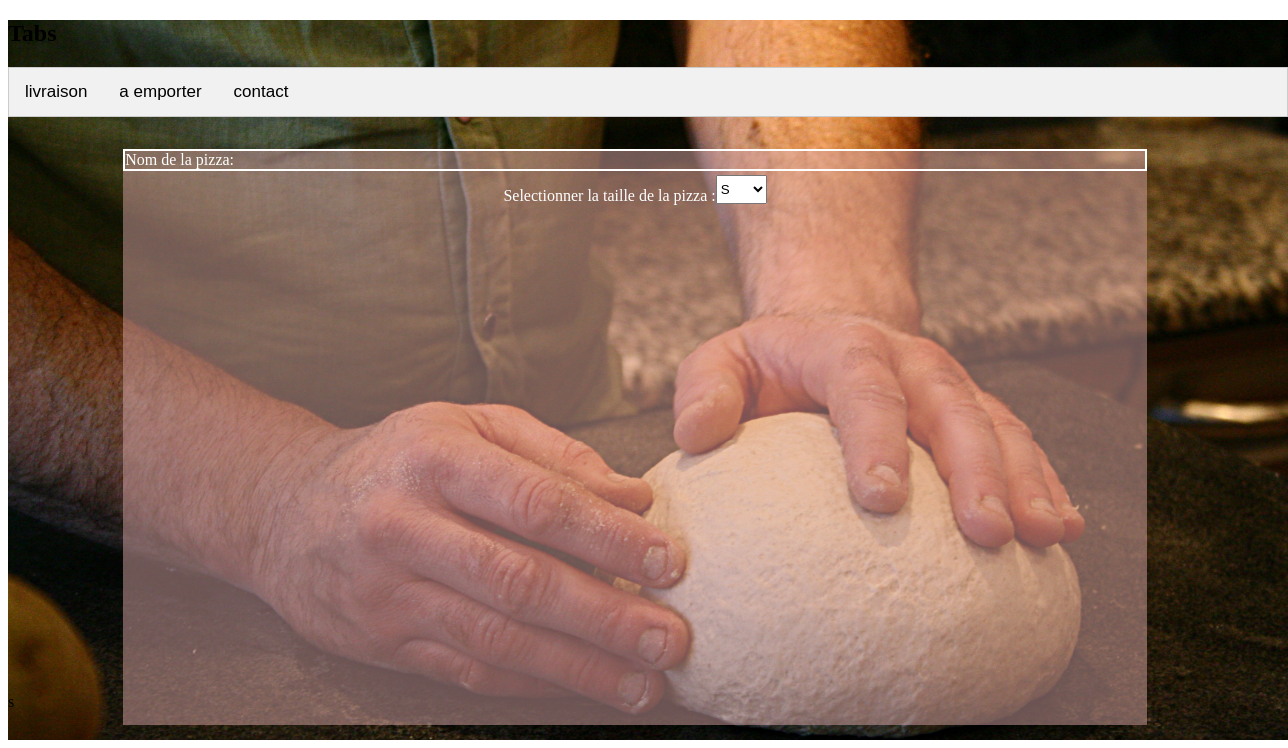
Repository: dev84-unalien/pippo_pizza
Page: admin.html
These files come from the project's save history. The page is drawn as it stood at one moment and after the next save; the edit follows.
The browser window is 1280 px wide. The page is 1288 px wide, so the pictures cover 1288 px, including what lies to the right of the window. The pictures show the whole page.

Above is the page before, as saved 2019-09-10 11:32:59.

### admin.html
<!DOCTYPE html>
<html lang="en">

<head>
    <meta charset="UTF-8">
    <meta name="viewport" content="width=device-width, initial-scale=1.0">
    <meta http-equiv="X-UA-Compatible" content="ie=edge">
    <title>pizzaria pippo</title>
    <link rel="stylesheet" href="admin.css">
    <script src="jquery-3.4.1.min.js"></script>
    <script src="admin.js"></script>

</head>

<body>
    <div id=unos>
        <div id=commande>

            <h2>Tabs</h2>


            <div class="tab">
                <button class="tablinks" onclick="openCity(event, 'livraison')">livraison</button>
                <button class="tablinks" onclick="openCity(event, 'emporter')">a emporter</button>
                <button class="tablinks" onclick="openCity(event, 'contact')">contact</button>
            </div>

            <div id="livraison" class="tabcontent">
                <h3>livraison</h3>
            </div>

            <div id="emporter" class="tabcontent">
                <h3>emporter</h3>

            </div>

            <div id="contact" class="tabcontent">
            </div>
            </form>

         <div id="body">
            <div id="Gcadre">
                <div id="Nom">Nom de la pizza:</div>
                  <div id="Taille">
                  <p>Selectionner la taille de la pizza :</p>
                   <select >
                         <option value="S">S</option>
                         <option value="M">M</option>
                         <option value=">L">L</option>
                         <option value="XL">XL</option>
                         <option value="XXL">XXL</option>
                     </select>
            </div>
            <div id="Description"></div>
            <div id="Prix"></div>

            <div id="Image"></div>
        </div>
    </div>
</body>

</html>s

### admin.css
#unos {
  height: 100vh;
  width: 100vw;
  background-image: url("images/ajoutpizza.jpg");
  justify-content: cover;
  background-size: 100vw;
}
#body{
    width: 100vw;
    height: 80vh;
    display: flex;
  flex-direction: column;
  justify-content: center;
  align-content: center;
}
#Gcadre {
  display: flex;
  flex-direction: column;
  justify-content: center;
  align-content: center;
  width: 80vw;
  height: 80vh;
  background-color: rgba(216, 166, 166, 0.5);
  margin-left: 9vw;
  margin-top:9vh;
}
#Nom {
  color: white;
  border:solid 2px;
}

#Taille {
  display: flex;
  justify-content: center;
  align-content: center;
  width: 80vw;
  height: 80vh;
}
select {
  width: 4vw;
  height: 4vh;
  margin-top: 0.5vh;
}
p {
  color: white;
}

#formulaire {
  height: 50%;
  width: 50%;
  background-color: aliceblue;
}

#livraison {
  background-color: aquamarine;
}

#emporter {
  background-color: beige;
}

#contact {
  background-color: powderblue;
}

.tab {
  overflow: hidden;
  border: 1px solid #ccc;
  background-color: #f1f1f1;
}

/* Style the buttons inside the tab */

.tab button {
  background-color: inherit;
  float: left;
  border: none;
  outline: none;
  cursor: pointer;
  padding: 14px 16px;
  transition: 0.3s;
  font-size: 17px;
}

/* Change background color of buttons on hover */

.tab button:hover {
  background-color: red;
}

/* Create an active/current tablink class */

.tab button.active {
  background-color: red;
}

/* Style the tab content */

.tabcontent {
  display: none;
  padding: 6px 12px;
  border: 1px solid red;
  border-top: none;
}

Loaded but not shown: jquery-3.4.1.min.js (library); admin.js (no copy from this time; the picture is the same without it)

After the next save:
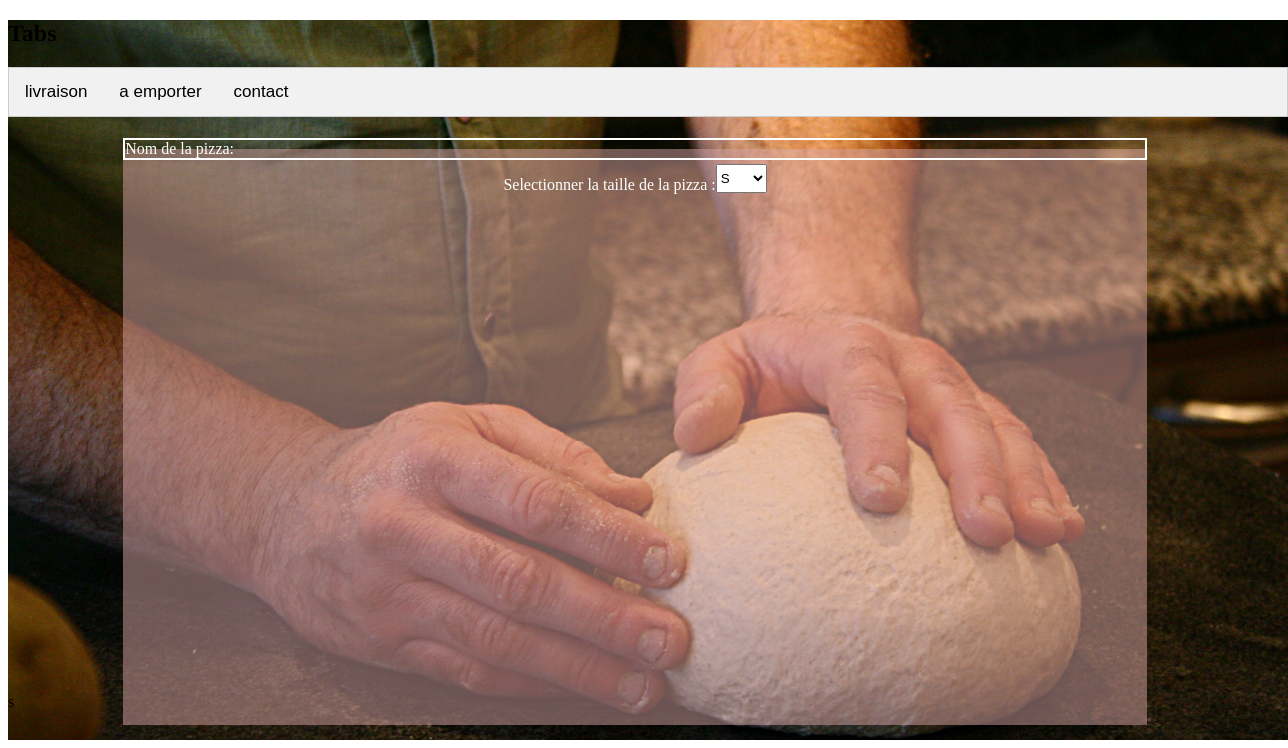
Saved 115 s later.
--- a/admin.html
+++ b/admin.html
@@ -40,7 +40,8 @@
 
          <div id="body">
             <div id="Gcadre">
-                <div id="Nom">Nom de la pizza:</div>
+            <div id="categorie1">
+                 <div id="Nom">Nom de la pizza:</div>
                   <div id="Taille">
                   <p>Selectionner la taille de la pizza :</p>
                    <select >
@@ -50,6 +51,7 @@
                          <option value="XL">XL</option>
                          <option value="XXL">XXL</option>
                      </select>
+                </div>
             </div>
             <div id="Description"></div>
             <div id="Prix"></div>
